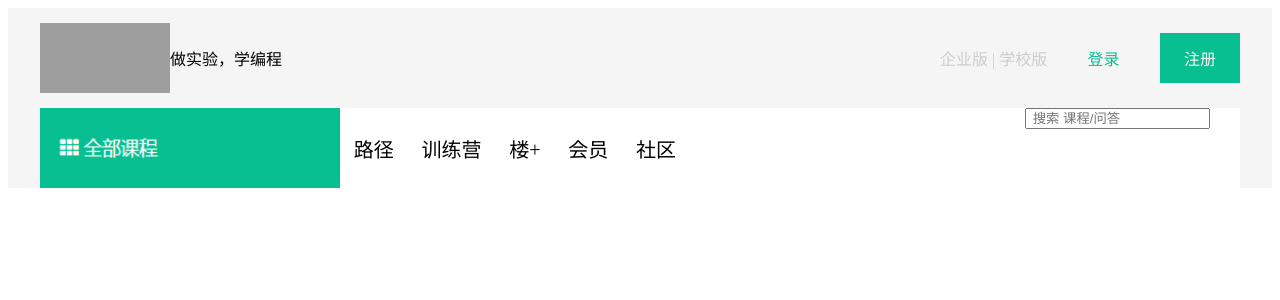
Repository: wuguozheng/xxbb
Page: /
An editor plug-in stored every save of this project. The page is shown before and after the next save, followed by the edit.
The browser window is 1280 px wide. The pictures show the whole page.
Pictures or frames that could not be fetched are drawn as grey boxes. The project was rebuilt for these pictures with package versions that can differ from the ones it lists, and the page was loaded fresh each time.

Above is the page before, as saved 2020-06-01 14:14:31.

After the next save:
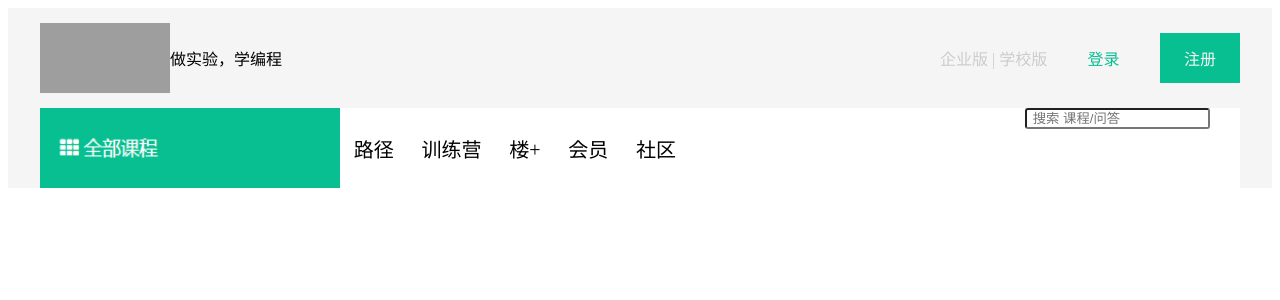
Saved 40 s later.
--- a/src/components/home/Mxs1.vue
+++ b/src/components/home/Mxs1.vue
@@ -133,6 +133,6 @@ export default {
   right: 30px;
 }
 .run-3 {
-
+  border-radius: 3px;
 }
 </style>
